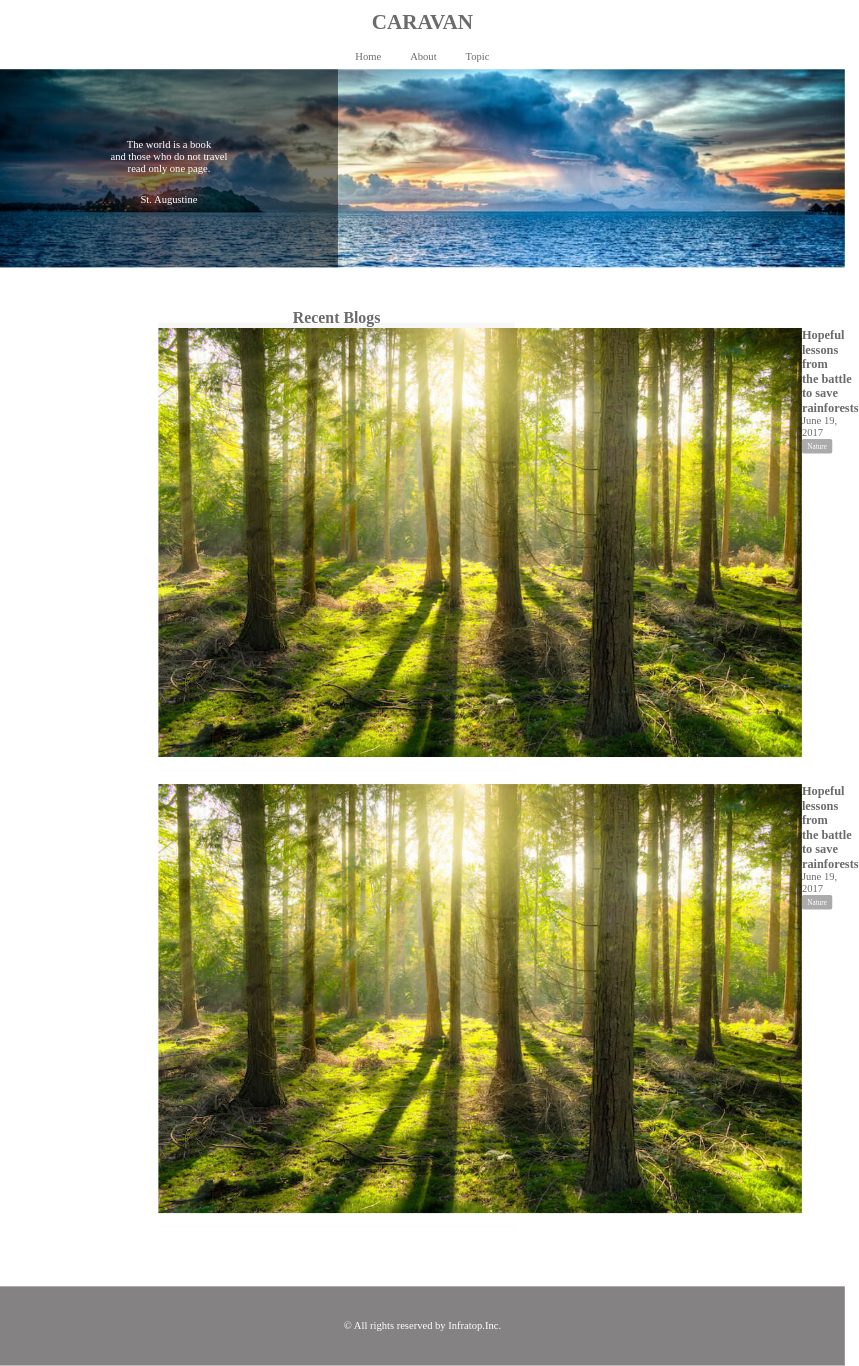
Repository: RAM-OK/git-practice
Page: caravan/index.html
The author's editor kept a record of every edit. The page is drawn from the files as they stood at one moment, then again after the next edit.
The browser window is 1280 px wide. The page is 1301 px wide, then 1280 px, so the pictures cover 1301 px, including what lies to the right of the window. The pictures show the whole page, at 66% of full size.

Above is the page before.

### caravan/index.html
<!DOCTYPE html>
<html lang="ja">
  <head>
    <meta charset="UTF-8" />
    <!-- CSSファイルの読み込み -->
    <link rel="stylesheet" href="style.css" />
    <title>CARAVAN</title>
  </head>

  <body>
    <!-- header -->
    <header>
      <h1 class="heading">
        <a href="index.html">
          CARAVAN
        </a>
      </h1>
    </header>

    <!-- navigation -->
    <nav>
      <ul class="nav-list">
        <li class="nav-list-item">
          <a href="index.html">Home</a>
        </li>
        <li class="nav-list-item">About</li>
        <li class="nav-list-item">Topic</li>
        </ul>
    </nav>

    <!-- main-visual用のdiv -->
    <div class="main-visual">
      <div class="main-visual-content">
    <p class="main-visual-text">
      The world is a book<br />
      and those who do not travel<br />
      read only one page.
    </p>
    <p class="main-visual-name">
      St. Augustine
    </p>
    　</div>
    </div>

    <!-- main用のdiv -->
    <main>
      <section class="blog">
        <h2 class="blog-heading">Recent Blogs</h2>
        <div class="blog-box">
        <div class="blog-item">
          <img class="blog-image" src="img/forest.jpg">
          <section class="blog-text">
            <h3 class="blog-text-heading">
              <a href="single.html">
                Hopeful lessons from<br />
                the battle to save<br />
                rainforests
              </a>
            </h3>
            <p class="blog-date">June 19, 2017</p>
            <span class="category">Nature</span>
          </section>
        </div>
        <div class="blog-item">
          <img class="blog-image" src="img/forest.jpg">
          <section class="blog-text">
            <h3 class="blog-text-heading">
              <a href="single.html">
                Hopeful lessons from<br />
                the battle to save<br />
                rainforests
              </a>
            </h3>
            <p class="blog-date">June 19, 2017</p>
            <span class="category">Nature</span>
          </section>
        </div>

        </div>
       </div>
      </section>
      <div class="sidebar"></div>
    </main>

    <!-- footer -->
    <footer>
      <p class="footer-text">︎© All rights reserved by Infratop.Inc. </p>
    </footer>
  </body>
</html>

### caravan/style.css
/* ブラウザがそれぞれ持っているCSSをリセットするための記述 */
* {
  margin: 0;
  padding: 0;
  box-sizing: border-box;
  color: #6c6b6b;
}

a {
  text-decoration: none;
}

header {
  width: 90%; /* 横幅90% */
  padding: 15px 0;
  margin: 0 auto;
  text-align: center;
}

header .heading { /* headerタグ内のheadingクラスにのみ反映される */
 font-size: 32px;
}

.nav-list {
  text-align: center;
  padding: 10px 0;
  margin: 0 auto;
}

.nav-list-item {
  list-style: none;
  display: inline-block;
  margin: 0 20px;
}

.main-visual {
  width: 100%; /* 横幅いっぱい */
  height: 300px; /* 高さ300px */
  background-image: url(img/mv.jpg);
  background-size: cover; /* 縦横比を維持したまま背景領域を埋め尽くす */
  background-position: center; /* 背景画像を中央に配置 */
}

.main-visual-content {
  width: 40%; /* 横幅40% */
  height: 300px; /* 親の高さに揃える */
  background-color: rgba(0,0,0,0.5); /* 背景色を半透明の黒にする */
  text-align: center; /* 文字を中央揃えにする */
  padding-top: 105px; /* 上側の内側余白で垂直方向の位置を調整 */
}

.main-visual-text {
  color: #fff; /* 文字色を白に変更 */
}

.main-visual-name {
  margin-top: 30px; /* 上側の外側の余白 */
  color: #fff; /* 文字色を白に変更 */
}

main {
 width: 800px; /* 横幅800px */
 display: flex; /* Flexboxの利用 */
 justify-content: center; /* 要素横並び・中央寄せ */
 margin: 0 auto; /* 要素の中央揃え */
 padding: 70px 0; /* 上下に70px、左右に0pxの余白 */
}

.blog {
  width: 540px;
  margin-right: 30px; /* 領域の右側余白 */
}

.blog-heading {
  border-bottom: 8px solid #f7f7f7;
  text-align: center;
  line-height: 0.6;
}

.blog-item {
  padding-bottom: 20px;
  margin-bottom: 20px;
  border-bottom: 1px solid #f7f7f7;
  display: flex;
  justify-content: flex-start;
}

.category {
  display: inline-block;
  padding: 5px 8px;
  background-color: #acabab;
  border-radius: 3px;
  color: #fff;
  font-size: 11px;
}

.sidebar {
  width: 230px;
}

footer {
  width: 100%;
  height: 120px;
  text-align: center;
  line-height: 120px;
  background-color: #848282;
}

.footer-text {
  color: #fff;
}

After the next edit:
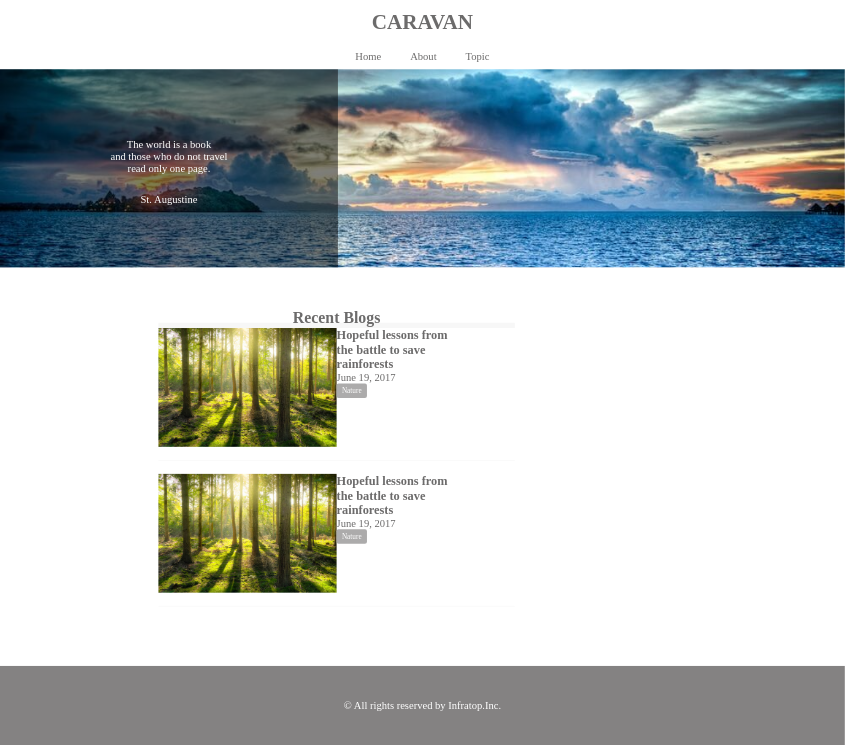
The edit:
--- a/caravan/style.css
+++ b/caravan/style.css
@@ -85,6 +85,10 @@
   justify-content: flex-start;
 }
 
+.blog-image {
+  height: 180px;
+}
+
 .category {
   display: inline-block;
   padding: 5px 8px;
